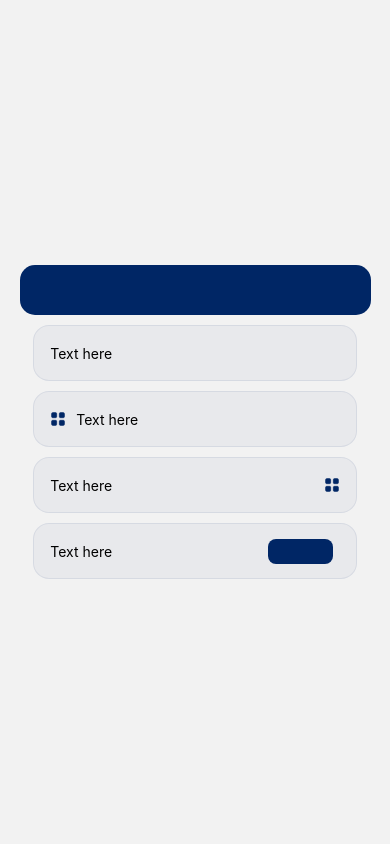
Repository: hungdomanh95/setuptheme
Screen: /
The author's editor kept a copy of each file at every save. The screen is drawn from the files as they stood at one save, then again after the next save.
The app was drawn by React Native's web renderer in a window 390 px wide. The project was rebuilt for these pictures with package versions that can differ from the ones it lists, and the page was loaded fresh each time. Also part of the build but not shown: src/components/Fade/index.js, src/components/Slide/index.js, src/components/RNCheckbox/index.js.

Above is the screen before, as saved 2022-05-17 18:06:43.

After the next save:
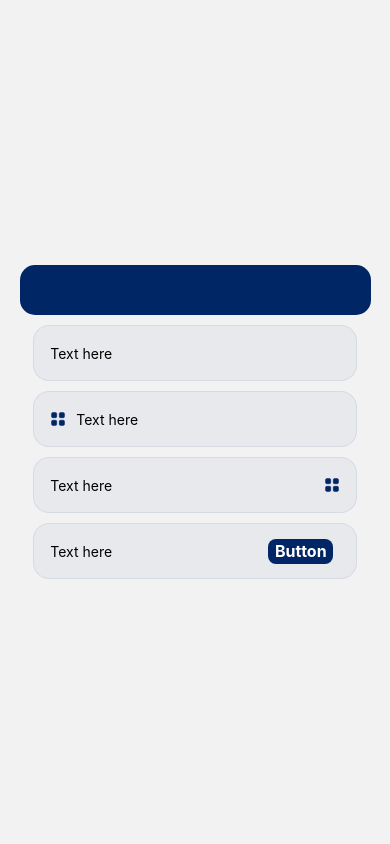
Saved 14 s later.
--- a/src/components/Input/index.js
+++ b/src/components/Input/index.js
@@ -13,7 +13,7 @@ const Input = props => {
         onChangeText={onChangeText}
         value={value}
       />
-      {onPress && <Button style={{width:65, height:25, borderRadius:8}} />}
+      {onPress && <Button style={{width:65, height:25, borderRadius:8}} text="Button" />}
       {iconRight && <Image source={iconRight} style={styles.iconRight} />}
     </View>
   );
